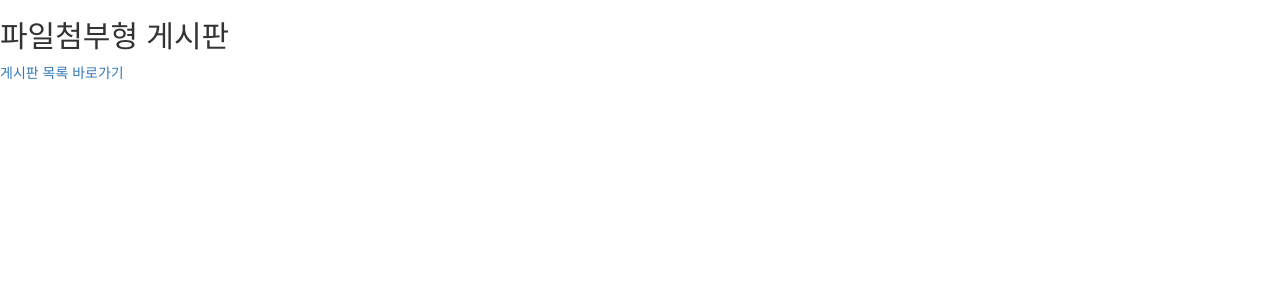
Repository: bhj305/JSP_Bulletin_Board
Page: http://localhost/BulletinBoard/14MVCBoard/Default.jsp
These files come from the project's save history. The page is drawn as it stood at one moment and after the next save; the edit follows.
The browser window is 1280 px wide. The pictures show the whole page.
The page is served by Tomcat 10.

Above is the page before, as saved 2025-05-17 03:35:25.

After the next save:
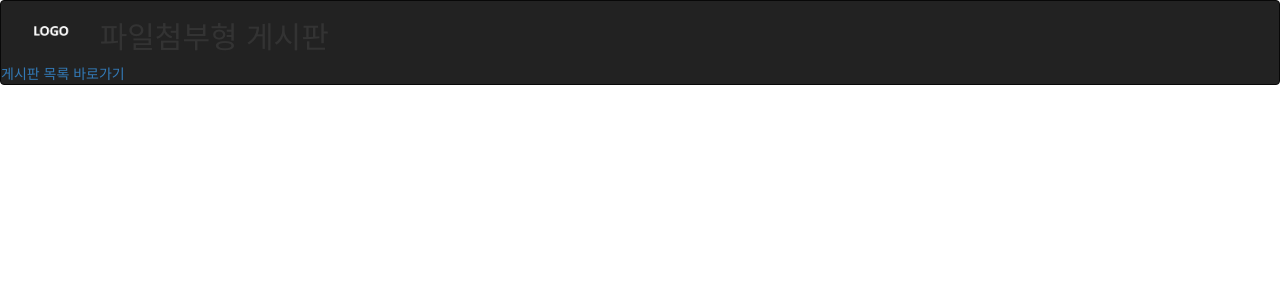
Saved 58 s later.
--- a/BulletinBoard/src/main/webapp/Common/Link.jsp
+++ b/BulletinBoard/src/main/webapp/Common/Link.jsp
@@ -12,6 +12,11 @@
 	      <link rel="stylesheet" href="https://cdnjs.cloudflare.com/ajax/libs/font-awesome/4.7.0/css/font-awesome.min.css">
 	</head>
 	<body>
-
+		<nav class="navbar navbar-inverse">
+            <div class="navbar-header">
+                <a class="navbar-brand" href="#">
+                  <img src="../images/logo.png" alt="" style="height: 30px;">
+                </a>
+            </div>
 	</body>
 </html>
